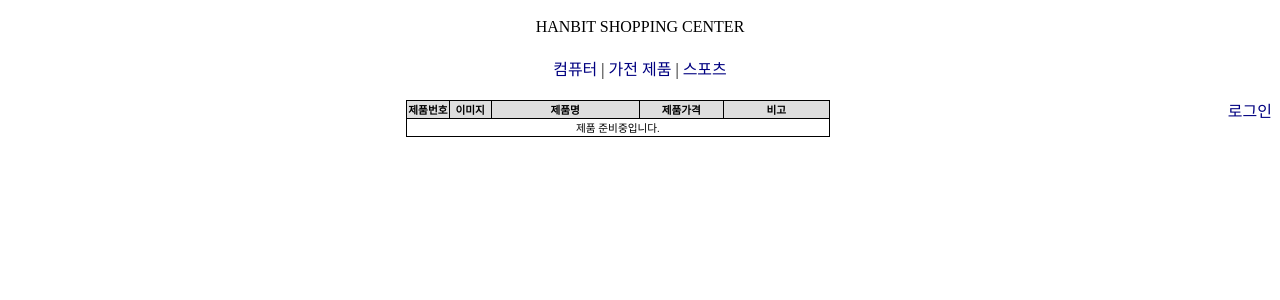
Repository: xlz5000/ICT
Page: http://localhost/spring_mvc02/WEB-INF/views/day08/product_list.jsp
These files come from the project's save history. The page is drawn as it stood at one moment and after the next save; the edit follows.
The browser window is 1280 px wide. The pictures show the whole page.
The page is served by Tomcat 9. Nobody is signed in. Other server files are loaded and not shown. The template is opened directly, without the code that normally fills it, so the values that code supplies are empty.

Above is the page before, as saved 2025-04-16 03:11:37.

### spring_mvc02/src/main/webapp/WEB-INF/views/day08/product_list.jsp
<%@ page language="java" contentType="text/html; charset=UTF-8"
	pageEncoding="UTF-8"%>

<%@ taglib prefix="c" uri="http://java.sun.com/jsp/jstl/core" %>
<%@ taglib prefix="fmt" uri="http://java.sun.com/jsp/jstl/fmt" %>
<!DOCTYPE html>
<html>
<head>
<meta charset="UTF-8">
<title>Insert title here</title>
<style type="text/css">
table {
	margin: 10px auto;
	width: 600;
	border-collapse: collapse;
	font-size: 8pt;
	border-color: navy;
}

table, th, td {
	border: 1px solid black;
}

img{
	width: 100px;

}

div#log{
float: right;

}
</style>
</head>
<body>
<%@ include file="top.jsp" %>
	<table>
	<thead>
		<tr bgcolor="#dedede">
			<th width="10%">제품번호</th>
			<th width="10%">이미지</th>
			<th width="35%">제품명</th>
			<th width="20%">제품가격</th>
			<th width="25%">비고</th>
		</tr>
	</thead>
	<tbody>
		<c:choose>
			<c:when test="${empty shop_list}">
				<tr>
					<td colspan="5"><span id="nodata">제품 준비중입니다.</span></td>
				</tr>
			</c:when>
			<c:otherwise>
				<c:forEach var="k" items="${shop_list }">
					<tr>

						<td>${k.p_num}</td>
						<td><img src='<c:url value="/resources/images/${k.p_image_s }" />'></td>
						<td>${k.p_name}</td>
						<td>할인가 : <fmt:formatNumber value="${k.p_saleprice }" pattern="#, ##0" />원
						<br><span style="color:red;">(할인률 : ${k.getPercent()}%)</span></td>


						<td>시중가  : <fmt:formatNumber value="${k.p_price }" pattern="#, ##0" /> 원</td>

					</tr>

				</c:forEach>

			</c:otherwise>


		</c:choose>
	</tbody>
	</table>
</body>
</html>

### spring_mvc02/src/main/webapp/WEB-INF/views/day08/top.jsp
<%@ page language="java" contentType="text/html; charset=UTF-8"
	pageEncoding="UTF-8"%>
<%@ taglib prefix="c" uri="http://java.sun.com/jsp/jstl/core" %>
<!DOCTYPE html>
<html>
<head>
<meta charset="UTF-8">
<title>Insert title here</title>
<style>
a:link {
	text-decoration: none;
	color: navy
}

a:visited {
	text-decoration: none;
	color: navy
}

a:hover {
	text-decoration: none;
	color: red
}

body {
	text-align: center
}

hr {
	width: 600px;
	border: 1px;
	color: navy;
}

div#header, div#nav {
	width: 600px;
	margin: 10px auto;
	text-align: center;
}

div#wrap {
	margin: 0 auto;
}
</style>
</head>
<body>
	<div id="wrap">
		<hr noshade />
		<div id="header">
			<span class="title"> HANBIT SHOPPING CENTER </span>
		</div>
		<hr noshade />
		<div id="nav">
			<a href="/day08?category=com001">컴퓨터</a> |
			<a href="/day08?category=com002">가전 제품</a> |
			<a href="/day08?category=sp003">스포츠</a>
		</div>
		<hr noshade />
		<div id="log">
			<c:choose>
				<c:when test="${loginchk == 'ok' }">
				 ~~~님 환영합니다. |


				</c:when>
				<c:otherwise>
					<a href="#">로그인</a>


				</c:otherwise>



			</c:choose>



		</div>
	</div>
</body>
</html>

After the next save:
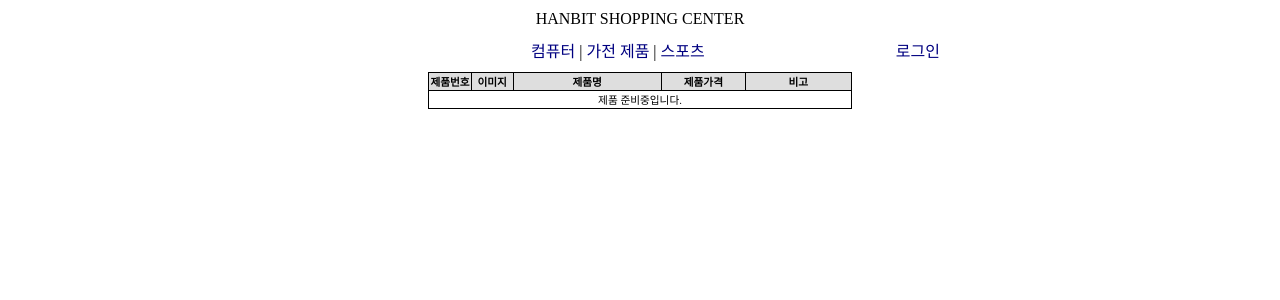
Saved 67 s later.
--- a/spring_mvc02/src/main/webapp/WEB-INF/views/day08/top.jsp
+++ b/spring_mvc02/src/main/webapp/WEB-INF/views/day08/top.jsp
@@ -45,17 +45,17 @@
 </head>
 <body>
 	<div id="wrap">
-		<hr noshade />
+
 		<div id="header">
 			<span class="title"> HANBIT SHOPPING CENTER </span>
 		</div>
-		<hr noshade />
+
 		<div id="nav">
 			<a href="/day08?category=com001">컴퓨터</a> |
 			<a href="/day08?category=com002">가전 제품</a> |
 			<a href="/day08?category=sp003">스포츠</a>
-		</div>
-		<hr noshade />
+
+
 		<div id="log">
 			<c:choose>
 				<c:when test="${loginchk == 'ok' }">
